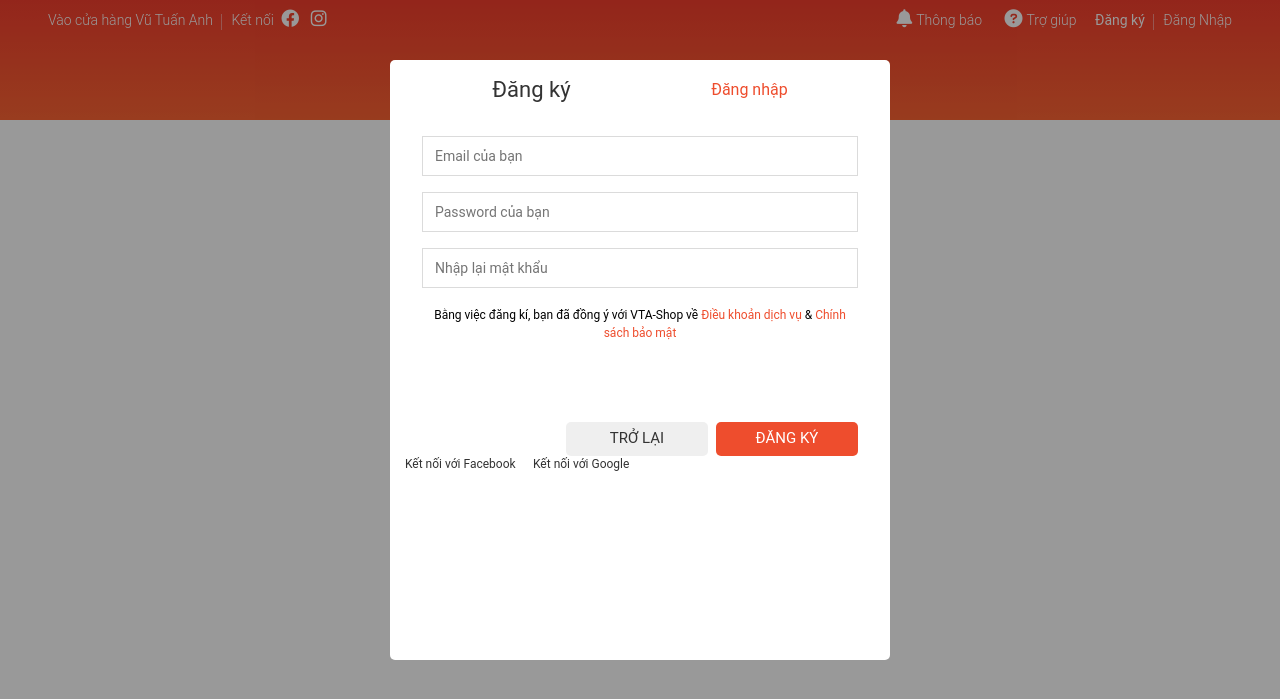
Repository: VuTuanAnh0949/Shopee
Page: index.html
An editor plug-in stored every save of this project. The page is shown before and after the next save, followed by the edit.
The browser window is 1280 px wide. The pictures show the whole page.

Above is the page before, as saved 2022-02-15 09:42:59.

After the next save:
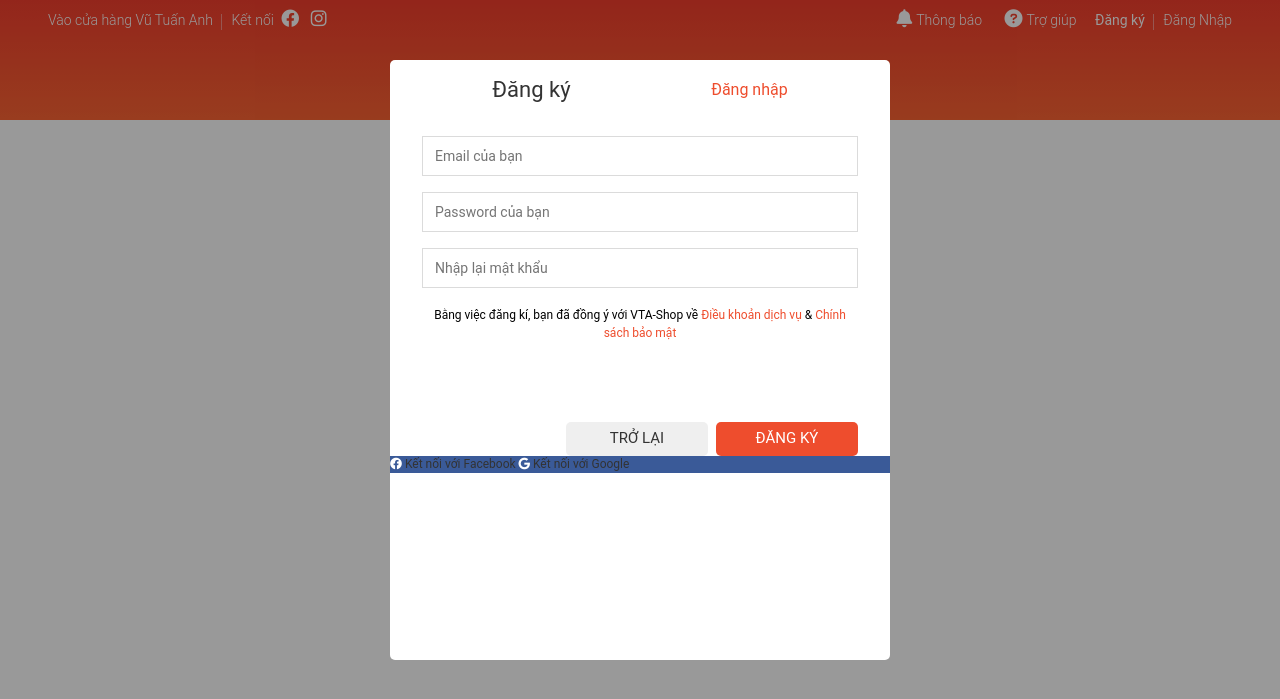
Saved 40 s later.
--- a/assets/css/main.css
+++ b/assets/css/main.css
@@ -282,6 +282,9 @@ border-color: #777;
  display: flex;
  justify-content: space-between;
 }
+.auth-form__socials--facebook{
+  background-color:#3A5A98 ;
+}
 .auth-form__socials--facebook,
 .auth-form__socials-icon{
 color: var(--white-color);
